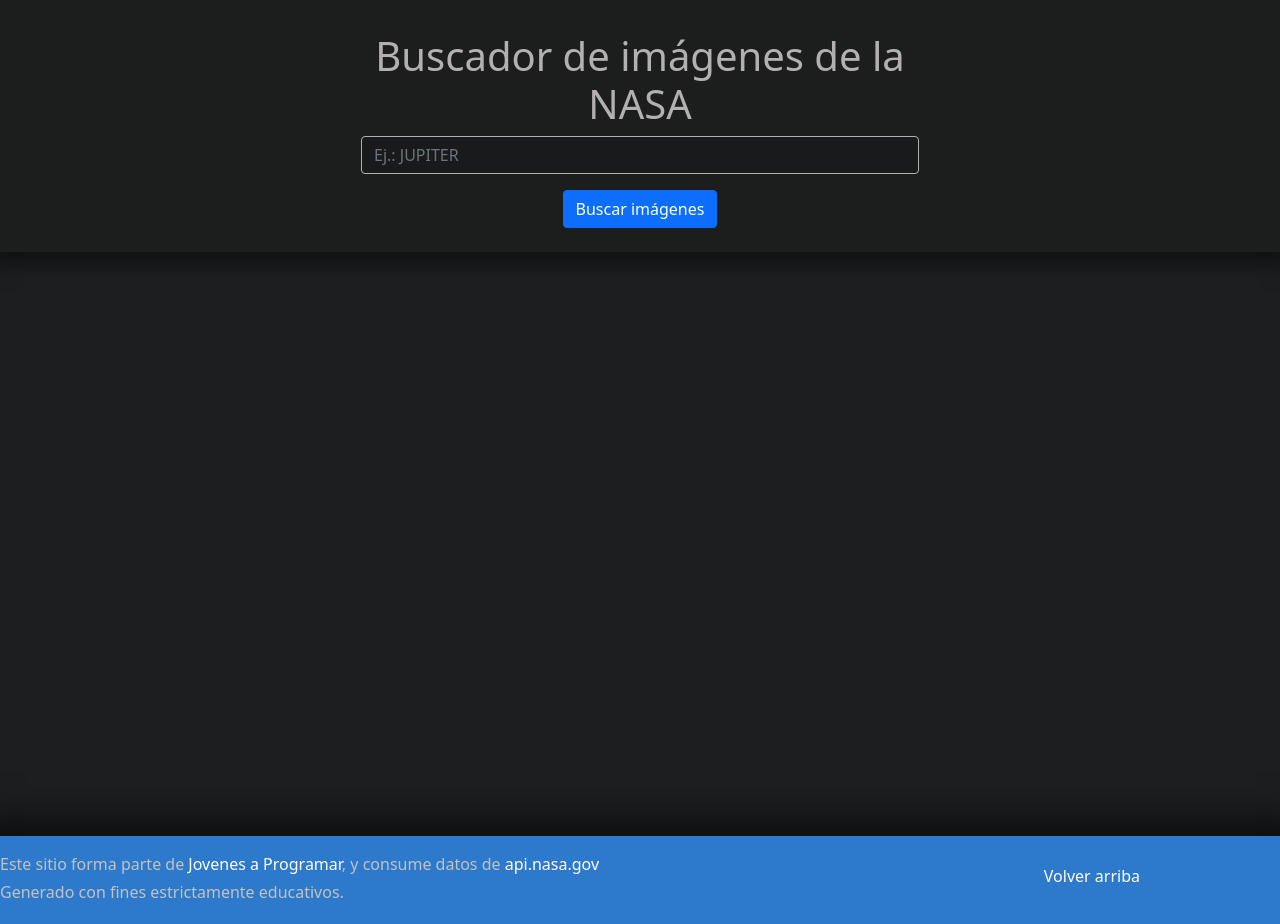
Repository: romancegirl/galaxies
Page: index.html
An editor plug-in stored every save of this project. The page is shown before and after the next save, followed by the edit.
The browser window is 1280 px wide. The pictures show the whole page.

Above is the page before, as saved 2024-11-30 04:03:36.

After the next save:
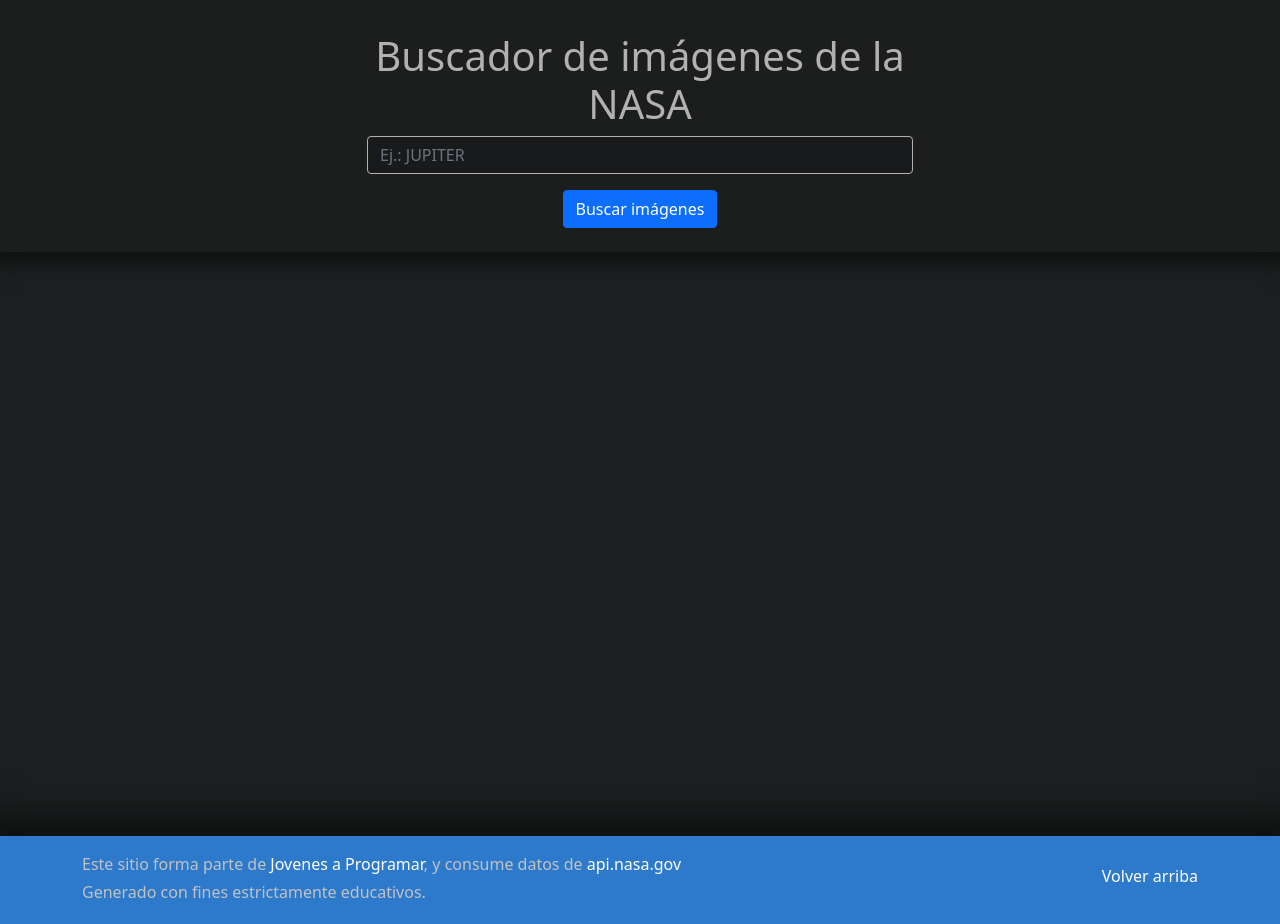
Saved 12 s later.
--- a/css/style.css
+++ b/css/style.css
@@ -9,11 +9,6 @@ body {
 main {
     min-height: calc(100vh - 160px);
     flex-grow: 1;
-}
-
-.container {
-    margin: 0;
-    padding: 0;
 }
 
 #intro {
